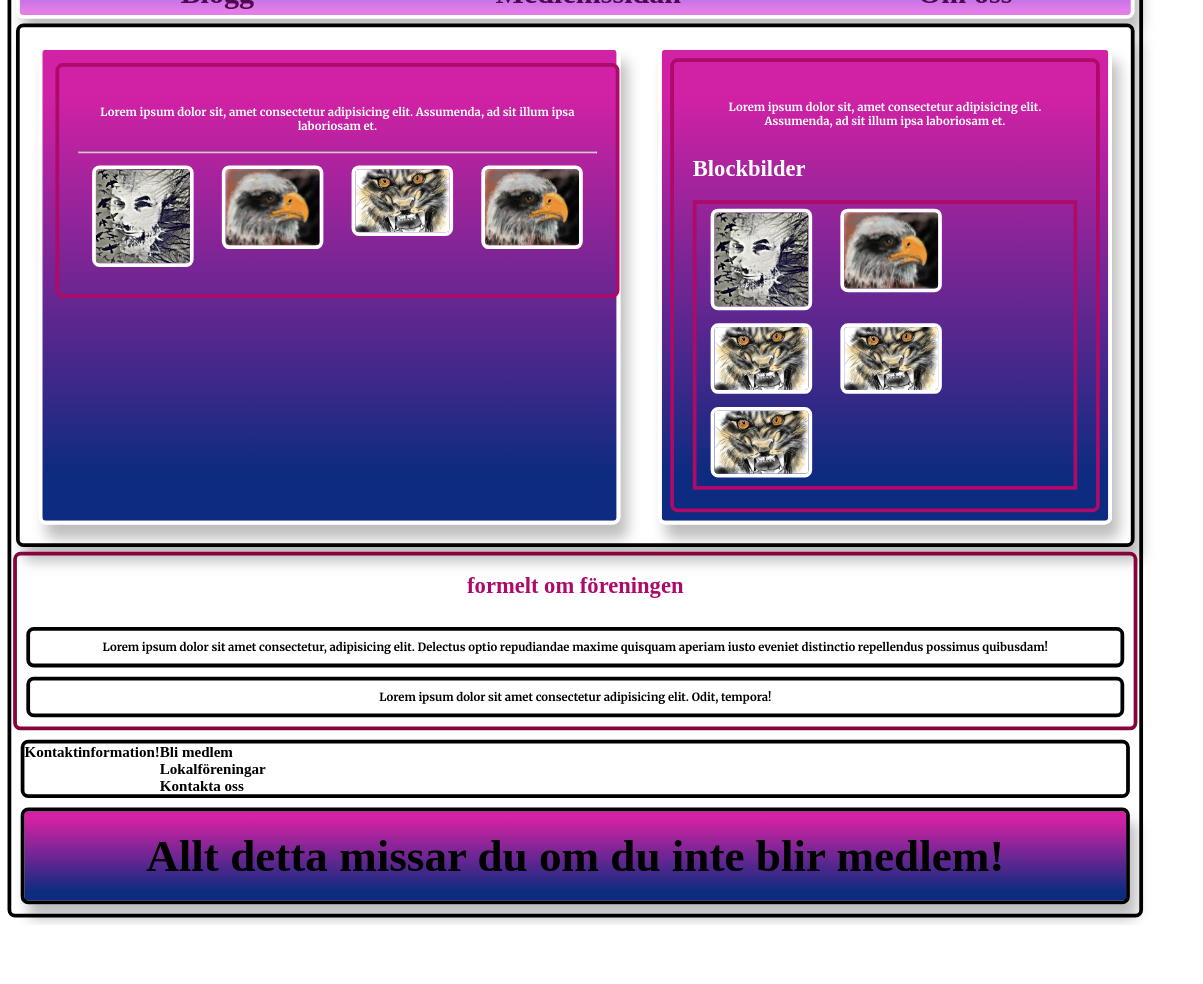
Repository: Webutveckling-20-21/lektion-3-CSS
Page: medlemssidan.html
An editor plug-in stored every save of this project. The page is shown before and after the next save, followed by the edit.
The browser window is 1280 px wide. The pictures show the part of the page from y = 117 to 1164 px (the page is 1164 px tall before and 1156 px after), at 94% of full size.
A picture or video elsewhere on the page could not be fetched, so the positions and the page height are approximate. Some web fonts or font styles are not loaded; a fallback is used.

Above is the page before, as saved 2021-10-07 14:30:32.

### medlemssidan.html
<!DOCTYPE html>
<html lang="en">

<head>
    <meta charset="UTF-8">
    <meta http-equiv="X-UA-Compatible" content="IE=edge">
    <meta name="viewport" content="width=device-width, initial-scale=1.0">
    <link rel="stylesheet" href="style3.css">
    <link rel="stylesheet" href="style4.css">
    <title>om oss</title>
</head>

<body>
    <div class="header">

        <h1>Palettnördarna.se</h1>
        <div class="logo">
            <img src="images/logga.png" alt="logga" class="logo-img">
        </div>

    </div>

    <ul class="navbar">

        <li class="nav-list"> <a href="index.html">Blogg</a></li>
        <li><a href="medlemssidan.html">Medlemssidan</a></li>
        <li><a href="om oss.html">Om oss</a></li>

    </ul>

    <div class="box">



        <div class="green">
            <div class="text-info">
                <p> Lorem ipsum dolor sit, amet consectetur adipisicing elit. Assumenda, ad sit illum ipsa laboriosam
                    et.</p>
                <h2>Blockbilder</h2>
                <div class="picture">
                    <div class="pics1 pics"> <img src="images/20171005_201321.jpg" alt=""> </div>
                    <div class="pics2 pics"> <img src="images/1493892949023.jpeg" alt=""> </div>
                    <div class="pics3 pics"> <img src="images/1494397130015.jpeg" alt=""> </div>
                    <div class="pics3 pics"> <img src="images/1494397130015.jpeg" alt=""> </div>
                    <div class="pics3 pics"> <img src="images/1494397130015.jpeg" alt=""> </div>
                </div>

            </div>
        </div>

        <div class="red">
            <div class="text-info">
                <p> Lorem ipsum dolor sit, amet consectetur adipisicing elit. Assumenda, ad sit illum ipsa laboriosam
                    et.</p>
                <hr>

                <div class="gallery">
                    <div class="pics1 pics"> <img src="images/20171005_201321.jpg" alt=""> </div>
                    <div class="pics2 pics"> <img src="images/1493892949023.jpeg" alt=""> </div>
                    <div class="pics3 pics"> <img src="images/1494397130015.jpeg" alt=""> </div>
                    <div class="pics4 pics"> <img src="images/1493892949023.jpeg" alt=""></div>
                </div>
            </div>
        </div>


    </div>

    <main class="main-content">
        <h2>formelt om föreningen</h2>
        <div class="information">
            <p>Lorem ipsum dolor sit amet consectetur, adipisicing elit. Delectus optio repudiandae maxime quisquam
                aperiam iusto eveniet distinctio repellendus possimus quibusdam!</p>
            <p>Lorem ipsum dolor sit amet consectetur adipisicing elit. Odit, tempora!

            </p>
        </div>

    </main>

    <section class="contact-all"> Kontaktinformation!

        <div class="contact-info">
            <div class="be-member">Bli medlem</div>
            <div class="locals">Lokalföreningar</div>
            <div class="contact">Kontakta oss</div>
        </div>
    </section>

    <footer class="footer-place"> Allt detta missar du om du inte blir medlem!</footer>

</body>






</html>

### style3.css
@import url('https://fonts.googleapis.com/css2?family=Grechen+Fuemen&display=swap');
@import url('https://fonts.googleapis.com/css2?family=Roboto&display=swap');
@import url('https://fonts.googleapis.com/css2?family=Merriweather:wght@700&display=swap');

body {
    font-family: 'Grechen Fuemen', cursive;
    font-weight: bolder;
    border: 4px solid black;
    border-radius: 8px;
    max-width: 1200px;
}

.header {
    display: flex;
    width: 98%;
    height: 50px;
    border: 5px solid white;
    background: linear-gradient(to bottom, #6f76df 10%, #df258b 90%);
    box-shadow: 7.6px 15.2px 15.2px hsl(0deg 0% 0% / 0.26);
    border-radius: 8px;
    justify-content: center;
    margin: 5px;
}

.header h1 {
    margin: 10px;
    flex-wrap: wrap;
}

.logo-img {
    border: 0px;
}


.navbar {

    width: auto;
    height: auto;
    display: flex;
    align-items: center;
    justify-content: space-around;
    background-color: #eed9f8;
    margin: 5px;
    border-radius: 8px;
    flex-wrap: wrap;
}

audio {
    width: 200px;
    height: 50px;
}

ul {

    list-style-type: none;
    flex-wrap: wrap;
    margin-left: 5;
    margin-right: 5;
    padding: 10;
    width: 90%;
    height: auto;
    overflow: hidden;
    border: 4px solid white;
    background: linear-gradient(to bottom, #8257e7 10%, #e47ee7 90%);
    box-shadow: 7.6px 15.2px 15.2px hsl(0deg 0% 0% / 0.26);
}

.nav-list {
    margin: 5px;
    flex-wrap: wrap;

}

a {
    text-decoration: none;
    font-size: 2rem;
    color: rgb(82, 6, 82);


}

a:hover {
    color: rgb(100, 59, 212);
}

/*
.img::before {
    content:"opacity .2" ;
 }
 .img::after {
    content:" opacity 1";
 }*/

.thumbnail:hover {
    position: relative;
    top: -10px;
    /* left: -10px; */
    right: 30px;
    width: 175px;
    height: auto;
    display: block;
    z-index: 999;
    transition: all .5s ease-in-out;
}

.marg-text {
    text-align: justify;
}

/* <img src="[your hosted image URL]" class="thumbnail" height="100" width="100" />  */



.box {
    /* background: linear-gradient(to bottom, #c69de7 10%, #e47ee7 90%); */
    /* height:200px; */
    display: flex;
    /* max-width: 100%; */
    align-items: stretch;
    justify-content: center;
    flex-direction: row;
    flex-wrap: wrap;
    ;
    border: 4px solid rgb(86, 5, 102);
    background-color: white;
    border-radius: 8px;
    flex-wrap: wrap;
    border: solid 4px black;
    margin: 5px;
    /* opacity: 0.5; */
    box-shadow: 7.6px 15.2px 15.2px hsl(0deg 0% 0% / 0.26);
}

.blue {
    display:flex;
    flex-wrap: wrap;


   background: linear-gradient(to bottom, #d121a5 10%, #0d2b80 90%);
    max-width: 300px;
    max-height: auto;
    background-color: rgba(255, 255, 255, 0.2);
    margin: 20px;
    flex: 1;
    order: 2;
    border: 4px solid rgb(241, 238, 238);
    color: white;
    border-radius: 8px;
    padding: 10px;
    box-shadow: 7.6px 15.2px 15.2px hsl(0deg 0% 0% / 0.26);

}

.green {
    max-width: 300px;
    max-height: auto;
    flex: 1;
    order: 3;
    margin: 20px;
    border: 4px solid white;
    color: White;
    border-radius: 8px;
    padding: 5px;
    box-shadow: 7.6px 15.2px 15.2px hsl(0deg 0% 0% / 0.26);
    background: linear-gradient(to bottom, #d121a5 10%, #0d2b80 90%);
}

.red {
    max-width: 300px;
    margin: 20px;
    flex: 1;
    order: 1;
    padding: 10px;
    color: white;

    border: 4px solid white;
    background: rgba(255, 255, 255, 0.1);
    border-radius: 8px;
    padding: 10px;
    background: linear-gradient(to bottom, #d121a5 10%, #0d2b80 90%);
    box-shadow: 7.6px 15.2px 15.2px hsl(0deg 0% 0% / 0.26);

}

.main-content{
    display:flex;
    flex-direction: column;
  text-align: center;
  border:solid 4px rgb(134, 4, 59);
  border-radius:8;
  margin: 2px;
}
main{
    border-radius: 8px;
}

 .main-content> h2{
   color:rgb(173, 10, 105);
 }
 .information>p{
     color:black;
     border:solid 4px black;
     border-radius: 8px;
 }
 .text-info{
     border:solid 4px rgb(173,10,105);
     border-radius: 8px;
     margin:4px;

 }
 .picture{
     display:flex;
     flex-wrap: wrap;
     border:solid 4px rgb(173,10,105);

 }


img {
    margin-left: 10px;
    margin-right: 10px;
    width: 100px;
    border-radius: 8px;
    max-width: 300px;
    /*margin: auto;*/
    border: 4px solid white;
}

h2 {
    justify-content: center;
    font-weight: 700;
}
h3 {
    margin: auto;
}
p {
    font-size: 0.75rem;
    text-align: center;
    margin: 10px;
    padding: 10px;
    font-family: 'Merriweather', serif;
    color: white;
    /* font-family: 'Roboto', sans-serif;   */

}

h3 {
    /* padding: 20px; */
    text-align: center;
}

.footer-place {
    display: flex;
    justify-content: center;
    align-items: stretch;
    /* width: 90vh; */
    padding: 20px;
    margin: 10px;
    border: 4px solid black;
    background: linear-gradient(180deg, #d121a5 10%, #0d2b80 90%);
    box-shadow: 7.6px 15.2px 15.2px hsl(0deg 0% 0% / 0.26);
    border-radius: 8px;
    font-size:3rem;
}

.pics {

    margin: 5px;

}

### style4.css
@import url('https://fonts.googleapis.com/css2?family=Grechen+Fuemen&display=swap');
@import url('https://fonts.googleapis.com/css2?family=Roboto&display=swap');
@import url('https://fonts.googleapis.com/css2?family=Merriweather:wght@700&display=swap');

body {
    font-family: 'Grechen Fuemen', cursive;
    font-weight: bolder;
    border: 4px solid black;
    border-radius: 8px;
    max-width: 1200px;
}

.header {
    display: flex;
    width: 98%;
    height: 50px;
    border: 5px solid white;
    background: linear-gradient(to bottom, #6f76df 10%, #df258b 90%);
    box-shadow: 7.6px 15.2px 15.2px hsl(0deg 0% 0% / 0.26);
    border-radius: 8px;
    justify-content: center;
    margin: 5px;
}

.header h1 {
    margin: 10px;
    flex-wrap: wrap;
}

.logo-img {
    border: 0px;
}


.navbar {

    width: auto;
    height: auto;
    display: flex;
    align-items: center;
    justify-content: space-around;
    background-color: #eed9f8;
    margin: 5px;
    border-radius: 8px;
    flex-wrap: wrap;
}

audio {
    width: 200px;
    height: 50px;
}

ul {

    list-style-type: none;
    flex-wrap: wrap;
    margin-left: 5;
    margin-right: 5;
    padding: 10;
    width: 90%;
    height: auto;
    overflow: hidden;
    border: 4px solid white;
    background: linear-gradient(to bottom, #8257e7 10%, #e47ee7 90%);
    box-shadow: 7.6px 15.2px 15.2px hsl(0deg 0% 0% / 0.26);
}

.nav-list {
    margin: 5px;
    flex-wrap: wrap;

}

a {
    text-decoration: none;
    font-size: 2rem;
    color: rgb(82, 6, 82);


}

a:hover {
    color: rgb(100, 59, 212);
}

/*
.img::before {
    content:"opacity .2" ;
 }
 .img::after {
    content:" opacity 1";
 }*/

.thumbnail:hover {
    position: relative;
    top: -10px;
    /* left: -10px; */
    right: 30px;
    width: 175px;
    height: auto;
    display: block;
    z-index: 999;
    transition: all .5s ease-in-out;
}

.marg-text {
    text-align: justify;
}

/* <img src="[your hosted image URL]" class="thumbnail" height="100" width="100" />  */



.box {
    /* background: linear-gradient(to bottom, #c69de7 10%, #e47ee7 90%); */
    /* height:200px; */
    display: flex;
    /* max-width: 100%; */
    align-items: stretch;
    justify-content: center;
    flex-direction: row;
    flex-wrap: wrap;
    ;
    border: 4px solid rgb(86, 5, 102);
    background-color: white;
    border-radius: 8px;
    flex-wrap: wrap;
    border: solid 4px black;
    margin: 5px;
    /* opacity: 0.5; */
    box-shadow: 7.6px 15.2px 15.2px hsl(0deg 0% 0% / 0.26);
}



.green {
    max-width: 50%;
    max-height: auto;
    flex: 1;
    order: 2;
    margin: 20px;
    border: 4px solid white;
    color: White;
    border-radius: 8px;
    padding: 5px;
    box-shadow: 7.6px 15.2px 15.2px hsl(0deg 0% 0% / 0.26);
    background: linear-gradient(to bottom, #d121a5 10%, #0d2b80 90%);
}

.red {
    display:flex;
    flex-direction: column;
    flex-wrap: wrap;
    max-width: 50%;
    margin: 20px;
    flex: 1;
    order: 1;
    padding: 10px;
    color: white;

    border: 4px solid white;
    background: rgba(255, 255, 255, 0.1);
    border-radius: 8px;
    padding: 10px;
    background: linear-gradient(to bottom, #d121a5 10%, #0d2b80 90%);
    box-shadow: 7.6px 15.2px 15.2px hsl(0deg 0% 0% / 0.26);

}


.gallery{

       display:inline-flex;



}



.main-content {
    display: flex;
    flex-direction: column;
    text-align: center;
    border: solid 4px rgb(134, 4, 59);
    border-radius: 8;
    margin: 2px;
}

main {
    border-radius: 8px;
}

.main-content>h2 {
    color: rgb(173, 10, 105);
}


.information>p {
    color: black;
    border: solid 4px black;
    border-radius: 8px;
}

.text-info {
    border: solid 4px rgb(173, 10, 105);
    border-radius: 8px;
    margin: 4px;
    padding:20px;

}

.picture {
    display: flex;
    flex-wrap: wrap;
    border: solid 4px rgb(173, 10, 105);

}


img {
    margin-left: 10px;
    margin-right: 10px;
    width: 100px;
    border-radius: 8px;
    max-width: 300px;
    /*margin: auto;*/
    border: 4px solid white;
}

h2 {
    justify-content: center;
    font-weight: 700;
}

h3 {
    margin: auto;
}

p {
    font-size: 0.75rem;
    text-align: center;
    margin: 10px;
    padding: 10px;
    font-family: 'Merriweather', serif;
    color: white;
    /* font-family: 'Roboto', sans-serif;   */

}

h3 {
    /* padding: 20px; */
    text-align: center;
}
.contact-all{
    display:flex;
    flex-wrap: wrap;
    flex-direction: row;
    flex-direction: stretch;
    border:4px solid black;
    border-radius:8px;
    margin: 10px;

}


.footer-place {
    display: flex;
    justify-content: center;
    align-items: stretch;
    /* width: 90vh; */
    padding: 20px;
    margin: 10px;
    border: 4px solid black;
    background: linear-gradient(180deg, #d121a5 10%, #0d2b80 90%);
    box-shadow: 7.6px 15.2px 15.2px hsl(0deg 0% 0% / 0.26);
    border-radius: 8px;
    font-size: 3rem;
}

.pics {

    margin: 5px;

}

After the next save:
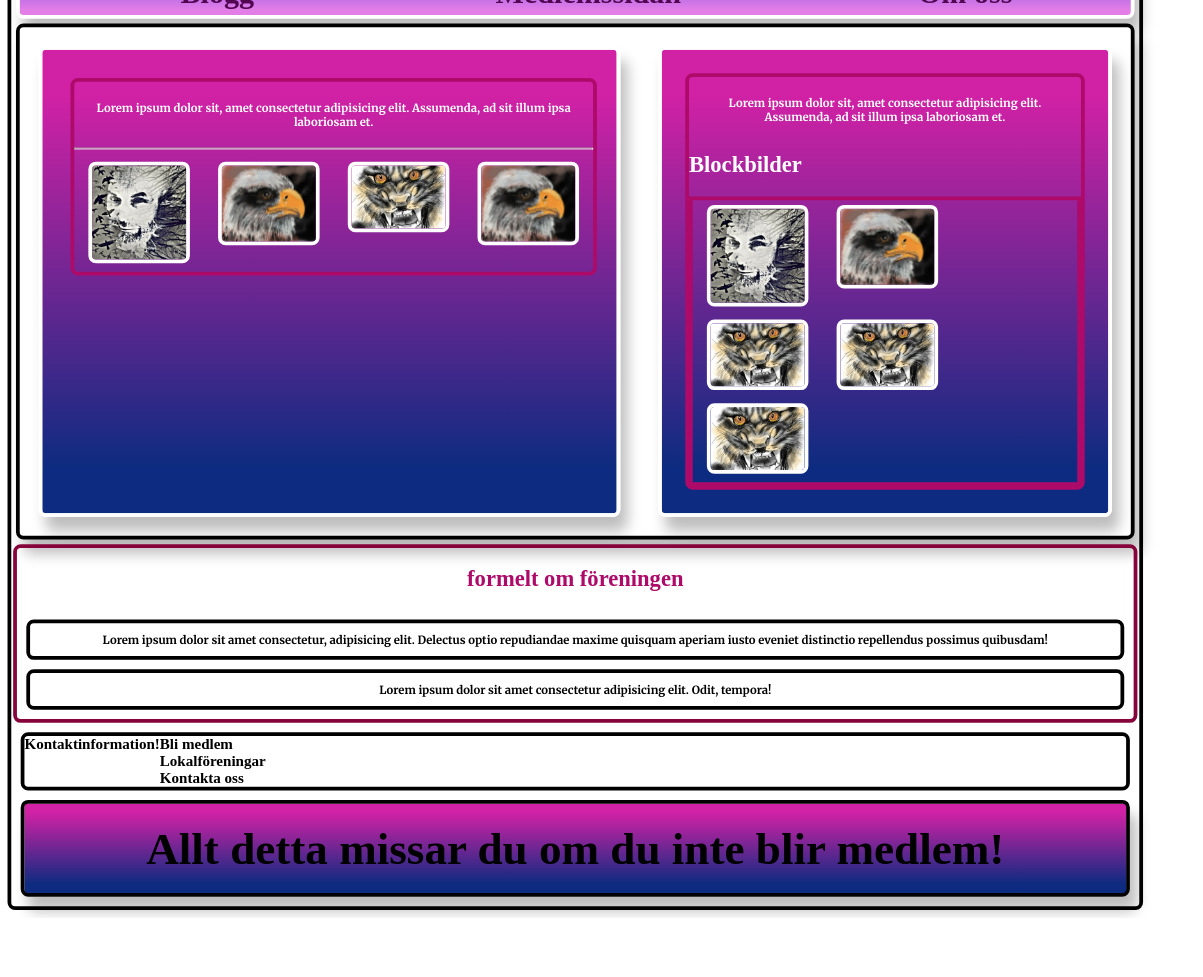
Saved 17 s later.
--- a/style4.css
+++ b/style4.css
@@ -205,8 +205,8 @@ main {
 .text-info {
     border: solid 4px rgb(173, 10, 105);
     border-radius: 8px;
-    margin: 4px;
-    padding:20px;
+    margin: 20px;
+
 
 }
 
